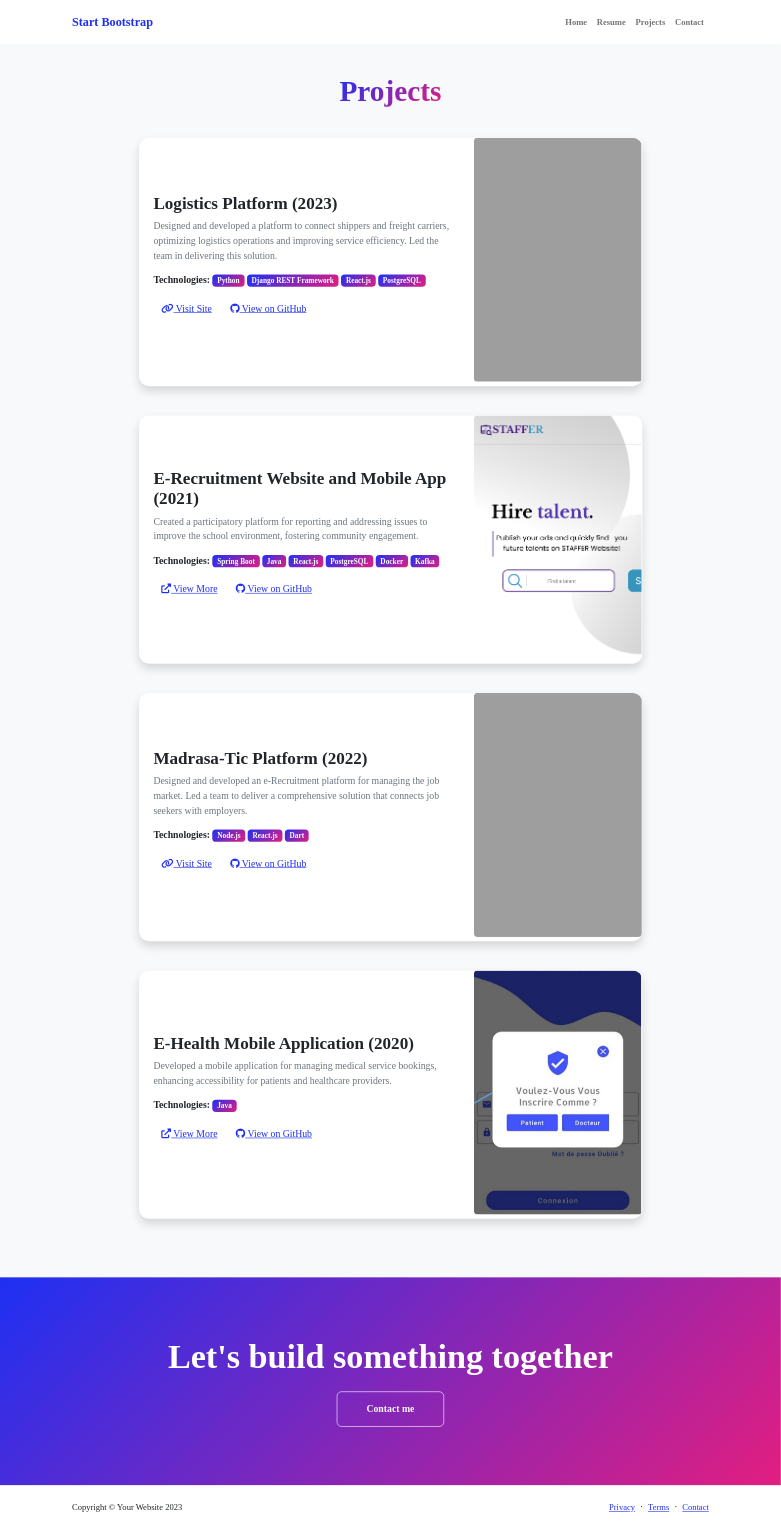
Repository: HananeChh/portfolio
Page: dist/projects.html
An editor plug-in stored every save of this project. The page is shown before and after the next save, followed by the edit.
The browser window is 1280 px wide. The pictures show the whole page, at 61% of full size.
Pictures or frames that could not be fetched are drawn as grey boxes. Some web fonts or font styles are not loaded; a fallback is used.

Above is the page before, as saved 2024-09-30 22:01:27.

After the next save:
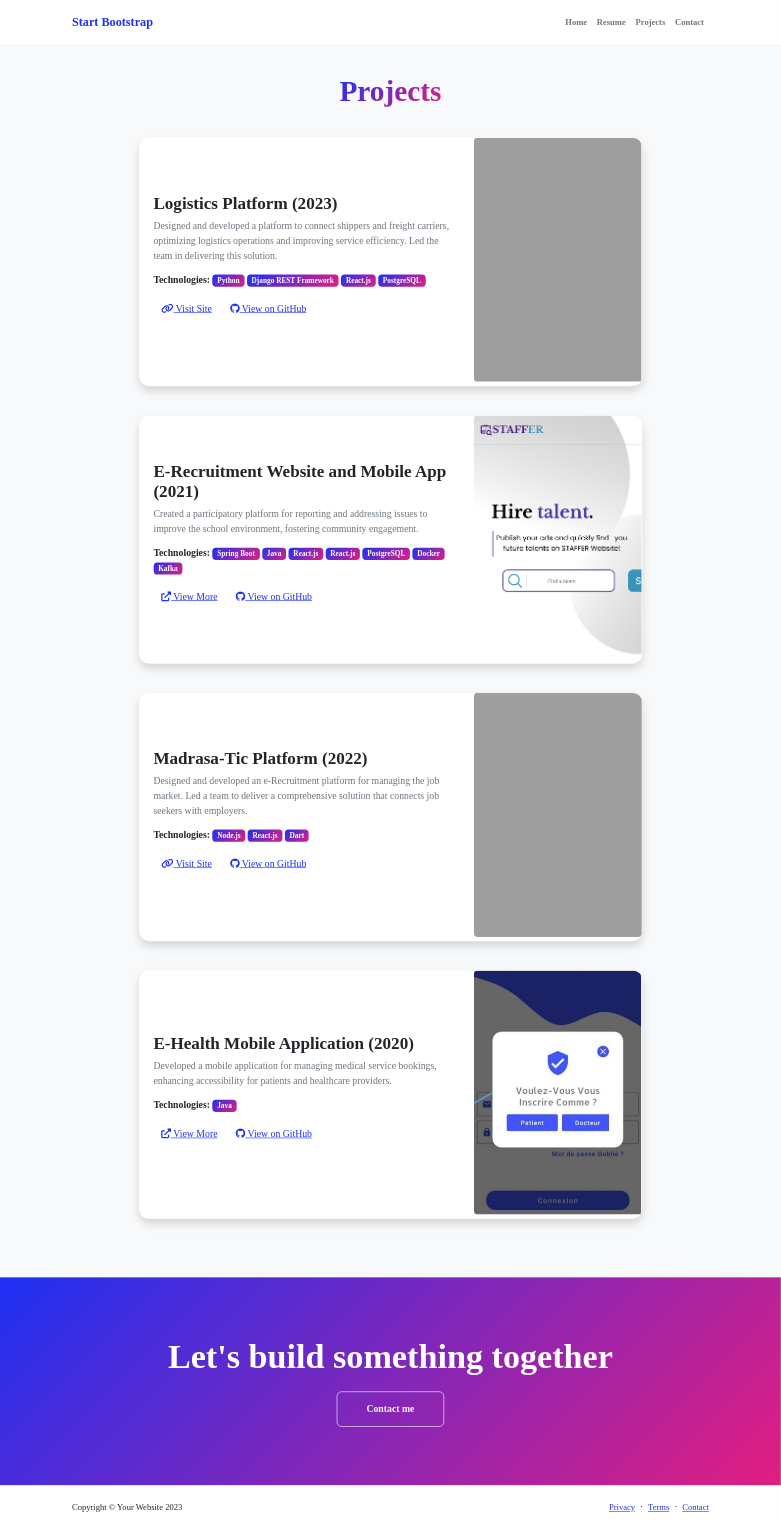
Saved 54 s later.
--- a/dist/projects.html
+++ b/dist/projects.html
@@ -108,6 +108,7 @@
                                             <span class="badge bg-gradient-primary-to-secondary">Spring Boot</span>
                                             <span class="badge bg-gradient-primary-to-secondary">Java</span>
                                             <span class="badge bg-gradient-primary-to-secondary">React.js</span>
+                                            <span class="badge bg-gradient-primary-to-secondary">React.js</span>
                                             <span class="badge bg-gradient-primary-to-secondary">PostgreSQL</span>
                                             <span class="badge bg-gradient-primary-to-secondary">Docker</span>
                                             <span class="badge bg-gradient-primary-to-secondary">Kafka</span>
